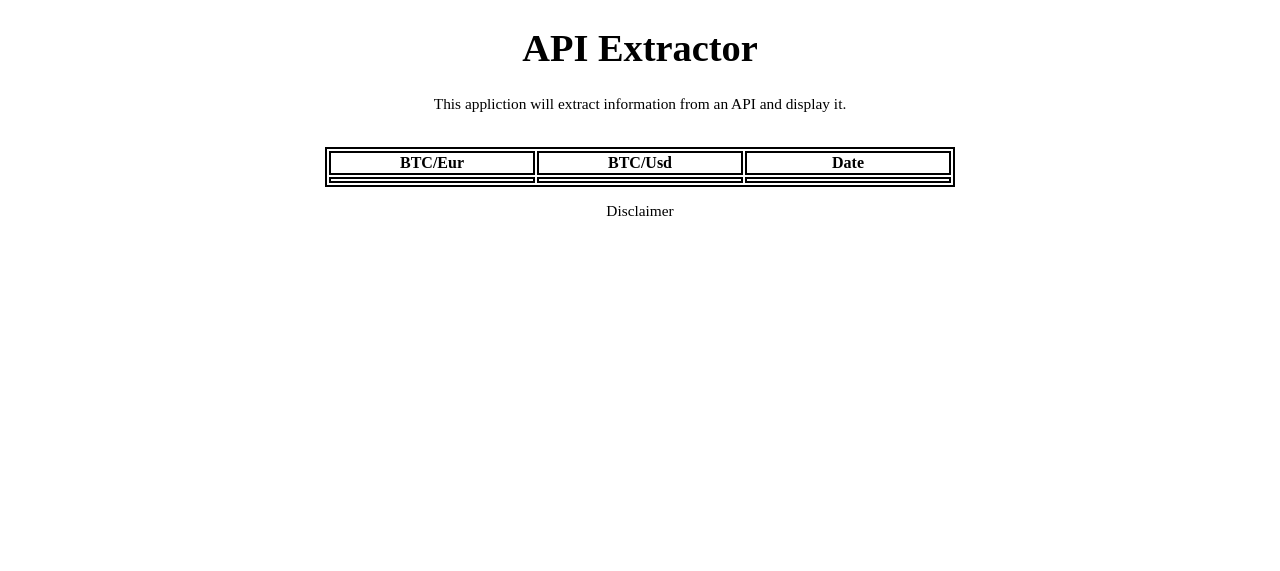
Repository: vxyux/api-extraction
Page: index.html
These files come from the project's save history. The page is drawn as it stood at one moment and after the next save; the edit follows.
The browser window is 1280 px wide. The pictures show the whole page.
The page's requests for data from a server got no answer.

Above is the page before, as saved 2023-09-05 10:52:26.

### index.html
<!DOCTYPE html>
<html lang="en">
<head>
  <meta charset="UTF-8">
  <meta name="viewport" content="width=device-width, initial-scale=1.0">
  <title>Document</title>
  <link rel="stylesheet" href="stylesheet.css">
  <script src="app.js"></script>
</head>
<body>
  <div class="center">
    <h1>API Extractor</h1>
    <p>This appliction will extract information from an API and display it.</p>
  </div>

  <img src="" id="loading" alt="">

  <table>
  <tr>
    <th>BTC/Eur</th>
    <th>BTC/Usd</th>
    <th>Date</th>
  </tr>
  <tr>
      <td><div class="center" id="rate-eur"></div></td>
      <td><div class="center" id="rate-usd"></div></td>
      <td><div class="center" id="date"></div></td>
    </div>
  </tr>
</table>

  <div class="center">
    <p>Disclaimer</p>
  </div>
</body>
</html>

### stylesheet.css
.center {
  text-align: center;
  font-size: 120%;
}

.center p {
  font-size: 80%;
}

table, th, td
{
  border: 1px solid black;
  border-width: 2px;
  margin-left: auto;
  margin-right: auto;
  min-width: 200px;
}

@media screen and (min-width: 600px) {
  table {
    max-width: 10px;
  }
}

### app.js
const api_url = 'https://api.coindesk.com/v1/bpi/currentprice.json';

// return a promise - execute the rest while loading this function
async function getapi(url) {

  const response = await fetch(url);
  var data = await response.json();

  console.log(data);

  if (response) {
    hideloader();
  }
  show(data);
}

getapi(api_url);

function hideloader() {
  document.getElementById('loading').style.display = 'none';
}

function show(data) {
  var rate_eur = data.bpi.EUR.rate;
  var rate_usd = data.bpi.USD.rate;
  var date = data.time.updated;

  document.getElementById('rate-eur').innerHTML =
    '<p>' + rate_eur + '</p>';

  document.getElementById('rate-usd').innerHTML =
    '<p>' + rate_usd + '</p>';

  document.getElementById('date').innerHTML = '<p>' + date + '</p>';
}

After the next save:
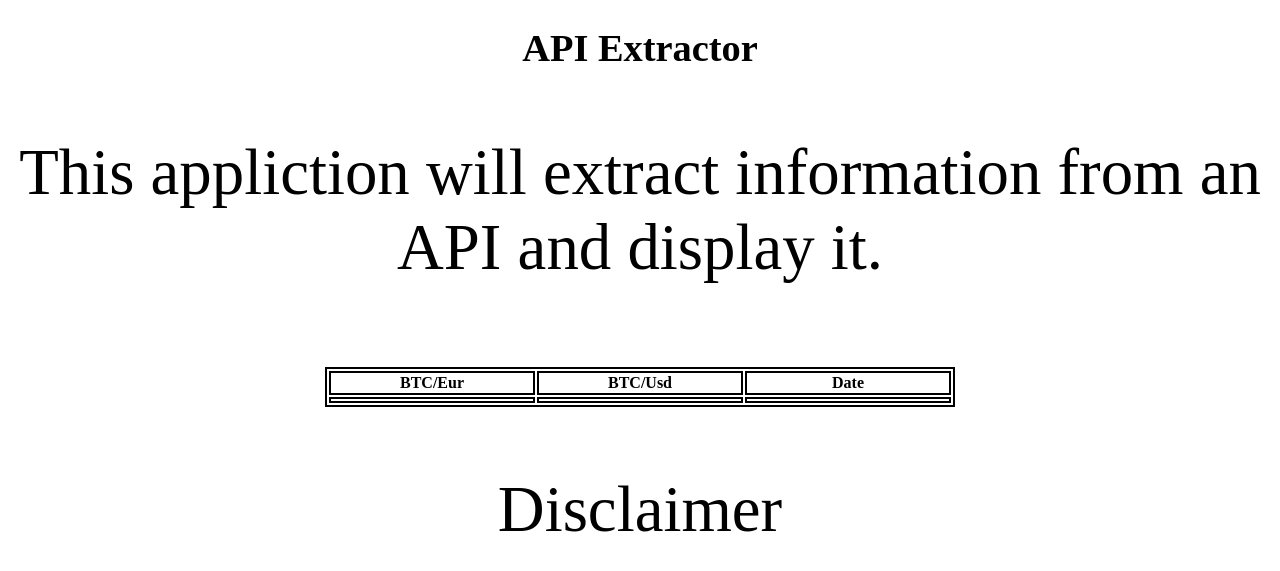
Saved 12 s later.
--- a/stylesheet.css
+++ b/stylesheet.css
@@ -4,7 +4,7 @@
 }
 
 .center p {
-  font-size: 80%;
+  font-size: 9cqb;
 }
 
 table, th, td
